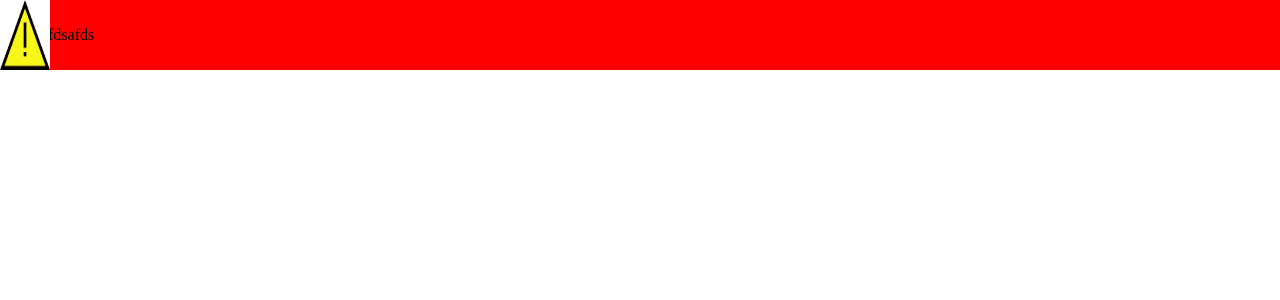
Repository: leehyeonung/myproject
Page: http://localhost/myproject/
The author's editor kept a copy of each file at every save. The page is drawn from the files as they stood at one save, then again after the next save.
The browser window is 1280 px wide. The pictures show the whole page.
The page is served by Tomcat 9.

Above is the page before, as saved 2023-03-15 10:45:28.

After the next save:
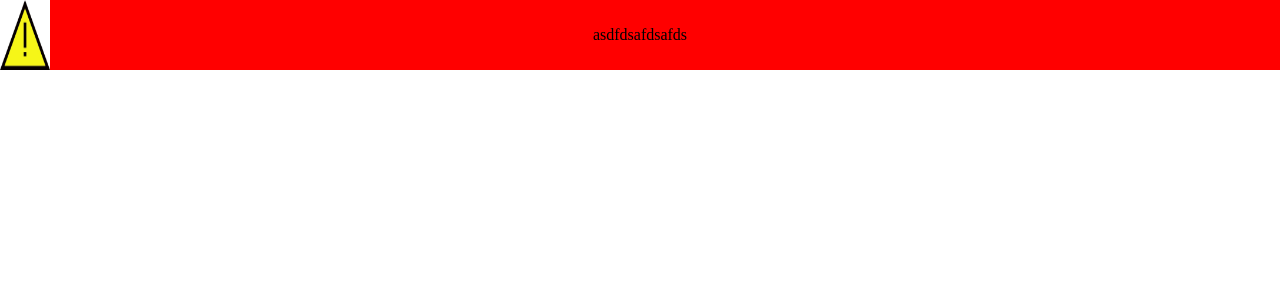
Saved 52 s later.
--- a/myproject/src/main/webapp/resources/css/header.css
+++ b/myproject/src/main/webapp/resources/css/header.css
@@ -17,6 +17,9 @@
 	height:70px;
 	background-color: red;
 	line-height: 70px;
+	display: flex;
+	justify-content: center;
+	align-content: center;
 }
 header{
 
